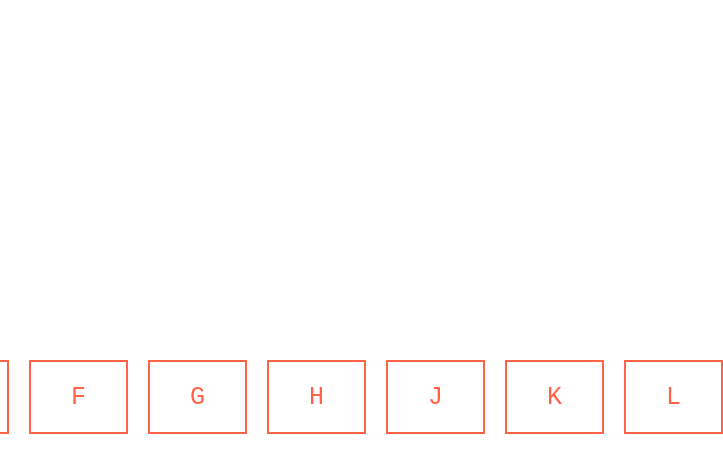
Repository: ritikalohia/Javascript_miniProjects
Page: Project_1/index.html
These files come from the project's save history. The page is drawn as it stood at one moment and after a run of saves; the edit follows.
The browser window is 375 px wide. The page is 723 px wide, then 498 px, so the pictures cover 723 px, including what lies to the right of the window. The pictures show the whole page.

Above is the page before, as saved 2021-06-03 20:19:39.

After the next 4 saves:
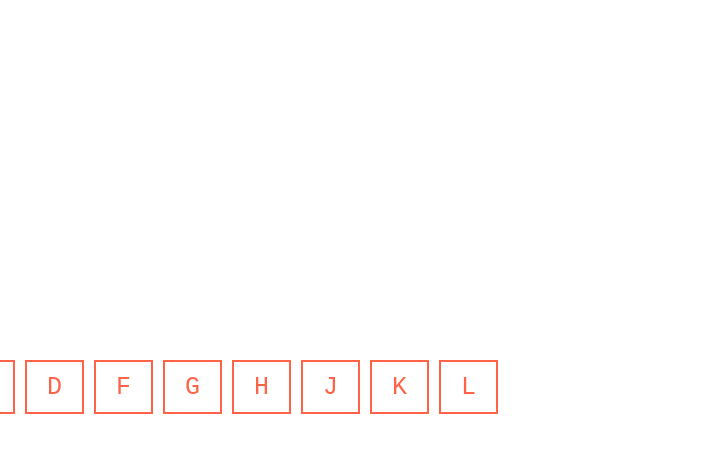
The 4 saves are shown as one change because they came seconds apart.
The last was saved 18 s later.
--- a/Project_1/index.html
+++ b/Project_1/index.html
@@ -34,7 +34,8 @@
 
         @media (max-width: 500px ){
         .key{
-
+            padding: 10px 20px;
+            margin-left: 10px;
         }
         }
 
